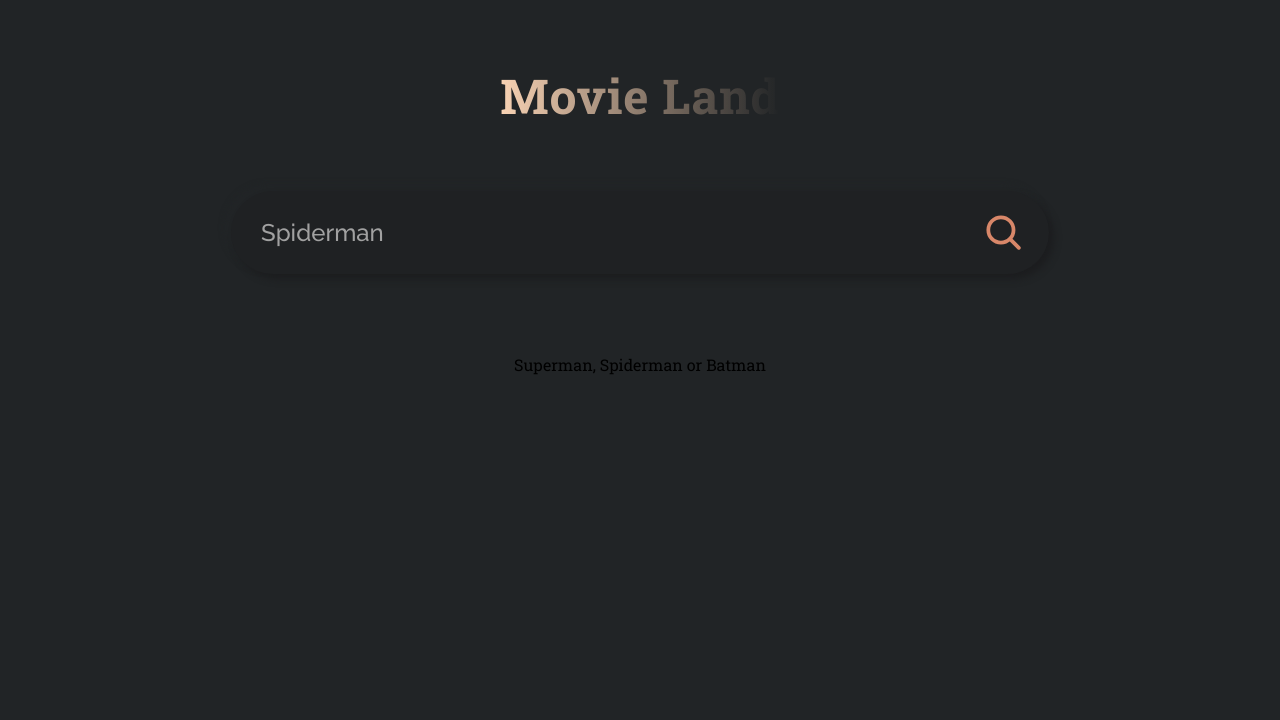
Repository: chinmaybirajdar281999/React_Movie_App
Page: /
An editor plug-in stored every save of this project. The page is shown before and after the next save, followed by the edit.
The browser window is 1280 px wide. The pictures show the whole page.
The page's requests for data from a server got no answer. The project was rebuilt for these pictures with package versions that can differ from the ones it lists, and the page was loaded fresh each time. No one was signed in, and anything a server would have sent is missing.

Above is the page before, as saved 2022-10-25 12:42:01.

### src/App.js
import React, { useEffect } from 'react';
import './App.css';
import SearchIcon from './search.svg';

const API_URL = 'http://www.omdbapi.com?apikey=9e9ab2a6';

const App = () => {


  const Movie = {
    "Title": "Superman, Spiderman or Batman",
    "Year": "2011",
    "imdbID": "tt2084949",
    "Type": "movie",
    "Poster": "https://m.media-amazon.com/images/M/MV5BMjQ4MzcxNDU3N15BMl5BanBnXkFtZTgwOTE1MzMxNzE@._V1_SX300.jpg"
}

  const searchMovies = async (title) => {
    const response = await fetch(`${API_URL}&s=${title}`);
    const data = await response.json();

    console.log(data.Search);
  }

  useEffect(() => {
    searchMovies('Spiderman')
  }, [])

  return (
    <div className="app">
      <h1>Movie Land</h1>

      <div className="search">
        <input
          placeholder="Search for Movies"
          value="Spiderman"
          onChange = {() => {}}
        />
        <img
          src={SearchIcon}
          alt="search"
          onClick={() => {}}
        />
      </div>

      <div className="container">
        {Movie.Title}
      </div>
    </div>
  );
}

export default App;

Loaded but not shown: public/index.html (common file); src/index.js (common file); src/App.css (common file)

After the next save:
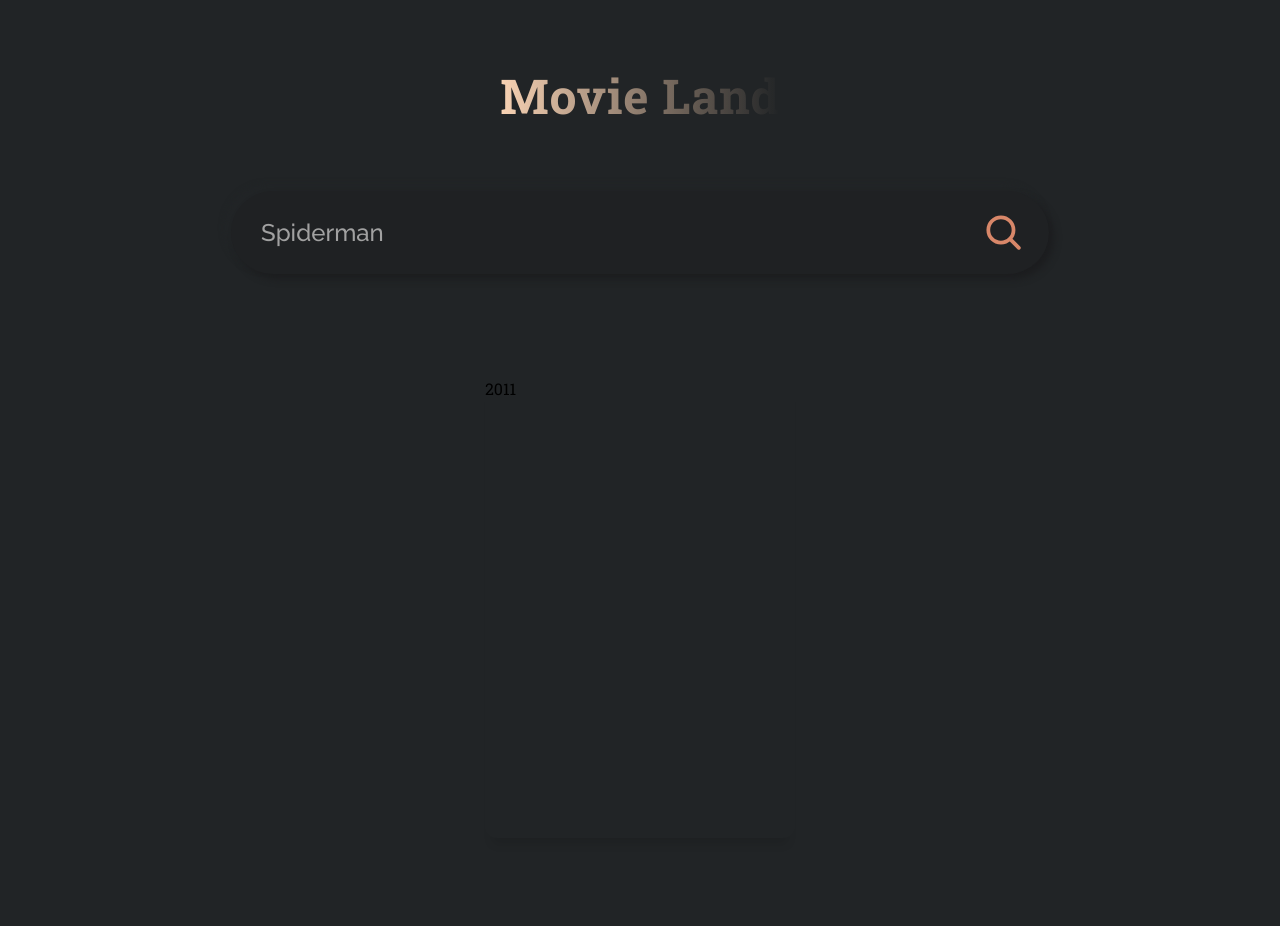
Saved 2 min 8 s later.
--- a/src/App.js
+++ b/src/App.js
@@ -44,7 +44,9 @@
       </div>
 
       <div className="container">
-        {Movie.Title}
+        <div className="movie">
+          <p> {Movie.Year} </p>
+        </div>
       </div>
     </div>
   );
